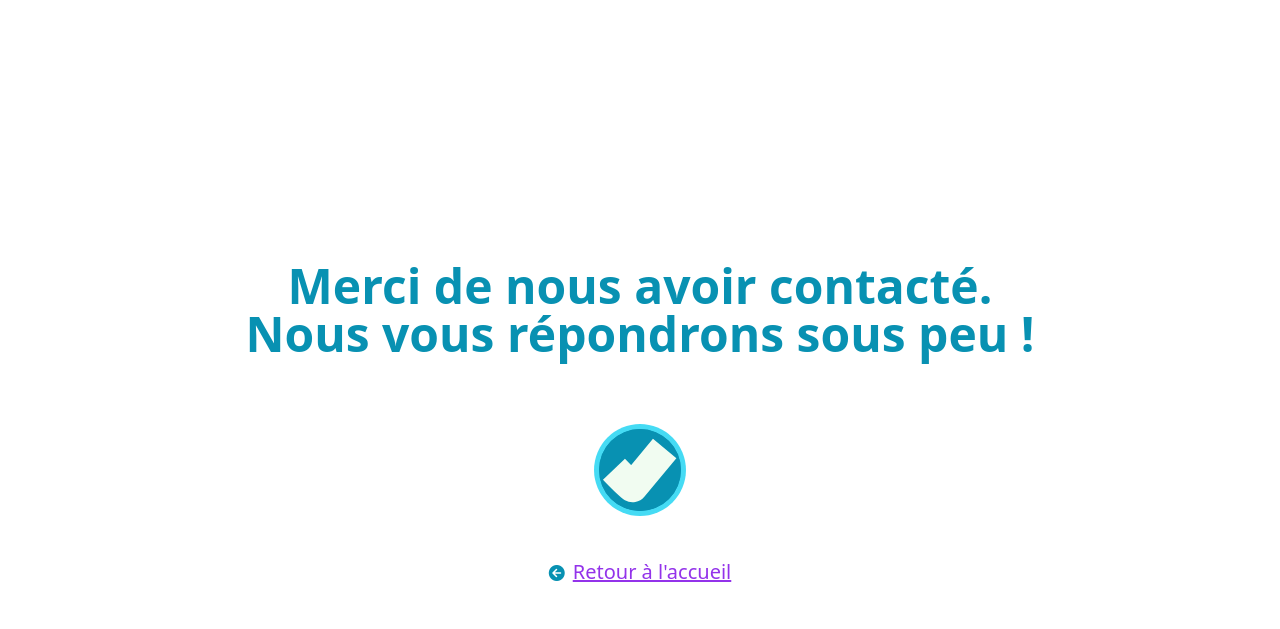
Repository: CarmenFerlatte/TP3__FerlatteCarmen
Page: confirmation.html
An editor plug-in stored every save of this project. The page is shown before and after the next save, followed by the edit.
The browser window is 1280 px wide. The pictures show the whole page.
Some web libraries are served in a nearby version. The style sheet was rebuilt from its Sass, Less or Tailwind sources for each picture, by a compiler version that may differ from the author's.

Above is the page before, as saved 2024-08-29 13:39:35.

### confirmation.html
<!DOCTYPE html>
<html lang="en">
<head>
    <meta charset="UTF-8">
    <meta name="viewport" content="width=device-width, initial-scale=1.0">
    <title>Confirmation</title>
    <script src="https://cdn.tailwindcss.com"></script>
    <link href="https://cdn.jsdelivr.net/npm/tailwindcss@2.2.19/dist/tailwind.min.css" rel="stylesheet">
    <link rel="stylesheet" href="https://cdnjs.cloudflare.com/ajax/libs/font-awesome/6.4.0/css/all.min.css">
    <link rel="stylesheet" href="style/css/style.css">
    <link rel="manifest" href="manifest.json">
    <link rel="icon" href="favicon.ico" type="image/x-icon">
    <meta name="description" content="Carmen Ferlatte, web designer et étudiante en développement web front-end. Présentation de mon portefolio et services de Webmestre.">
    <meta name="apple-mobile-web-app-capable" content="yes" >
    <meta name="apple-mobile-web-app-status-bar-style" content="black" >
    <meta name="apple-mobile-web-app-title" content="Portefolio" >
    <meta name="theme-color" content="black">
    <link rel="apple-touch-icon" href="img/icons/icon-192x192.png">
    <script src="https://code.jquery.com/jquery-3.6.0.min.js"></script>
</head>
<body>
    <main>
        <section class="flex max-w-screen-2x h-screen items-center justify-center">
            <div class="container">
                <div class="col-12 text-center">
                    <h1 class="text-center text-3xl lg:text-4xl xl:text-5xl font-bold pt-32 pb-4 md:pb-16 text-cyan-600">Merci de nous avoir contacté.<br> Nous vous répondrons sous peu !</h1>
                    <div class="flex justify-center">
                        <img class="w-24 mb-10" src="img/icons/confirmation.svg" alt="Illustration de confirmation">
                    </div>
                    <i class="fa fa-arrow-circle-left pr-2 style-cyan" aria-hidden="true"></i><a class="cursor-pointer text-xl text-purple-600 underline hover:no-underline hover:text-pink-500" href="index.html" title="Retour à la page d'accueil">Retour à l'accueil</a>
                </div>
            </div>
    </main>
</body>
</html>

### style/sass/style.scss
@use "navbar" as *;
@use "caroussel" as *;
@use "animate" as *;
@use "option" as *;
@use "calendrier" as *;
@use "base" as *;

### style/sass/_navbar.scss
@keyframes neon-pulse {
    0%, 100% {
        text-shadow: 0 0 5px #fff, 0 0 10px #fff, 0 0 15px #fff, 0 0 20px #0891b2, 0 0 35px #0891b2, 0 0 40px #0891b2, 0 0 50px #0891b2, 0 0 75px #0891b2;
    }
    50% {
        text-shadow: 0 0 2px #fff, 0 0 5px #fff, 0 0 7px #fff, 0 0 10px #0891b2, 0 0 17px #0891b2, 0 0 20px #0891b2, 0 0 25px #0891b2, 0 0 37px #0891b2;
    }
}

.neon-text {
    animation: neon-pulse 1.5s infinite alternate;
}

.bg-animated {
    background: linear-gradient(-45deg, #000000, #1a1a1a, #000033, #003366);
    background-size: 400% 400%;
    animation: gradient 15s ease infinite;
}

@keyframes gradient {
    0% { background-position: 0% 50%; }
    50% { background-position: 100% 50%; }
    100% { background-position: 0% 50%; }
}

.cyber-grid {
    background-image:
        linear-gradient(rgba(0, 255, 255, 0.1) 1px, transparent 1px),
        linear-gradient(90deg, rgba(0, 255, 255, 0.1) 1px, transparent 1px);
    background-size: 20px 20px;
    animation: cyber-grid-move 20s linear infinite;
}

@keyframes cyber-grid-move {
    0% { background-position: 0 0; }
    100% { background-position: 20px 20px; }
}



.nav-link {
    position: relative;
    overflow: hidden;

        &::before {
            content: '';
            position: absolute;
            bottom: 0;
            left: 0;
            width: 100%;
            height: 2px;
            background-color: #0891b2;
            transform: translateX(-100%);
            transition: transform 0.3s ease;
        }

       &:hover::before {
            transform: translateX(0);
        }

        &::after {
            content: attr(data-text);
            position: absolute;
            top: 0;
            left: 0;
            width: 100%;
            height: 100%;
            display: flex;
            align-items: center;
            justify-content: center;
            transform: translateY(100%);
            background: linear-gradient(to bottom, #0891b2, rgb(103, 232, 249));
            -webkit-background-clip: text;
            background-clip: text;
            -webkit-text-fill-color: transparent;
            transition: transform 0.3s ease;
        }

        &:hover::after {
            transform: translateY(0);
        }
}


.glitch-effect {
    position: relative;

    &::before,
    &::after {
        content: attr(data-text);
        position: absolute;
        top: 0;
        left: 0;
        width: 100%;
        height: 100%;
        opacity: 0.8;
    }

    &::before {
        left: 2px;
        text-shadow: -2px 0 rgb(236, 72, 153);
        clip: rect(24px, 550px, 90px, 0);
        animation: glitch-anim 3s infinite linear alternate-reverse;
    }

    &::after {
        left: -2px;
        text-shadow: -2px 0 #0891b2;
        clip: rect(85px, 550px, 140px, 0);
        animation: glitch-anim 2s infinite linear alternate-reverse;
    }

}



@keyframes glitch-anim {
    0% { clip: rect(39px, 9999px, 71px, 0); }
    20% { clip: rect(3px, 9999px, 5px, 0); }
    40% { clip: rect(6px, 9999px, 38px, 0); }
    60% { clip: rect(13px, 9999px, 43px, 0); }
    80% { clip: rect(44px, 9999px, 93px, 0); }
    100% { clip: rect(54px, 9999px, 47px, 0); }
}

#menu-toggle {
    &:checked {
        ~ .menu {
            display: block;
        }

        ~ .menu-icon {
            .hamburger {
                transform: rotate(45deg);

                &::before {
                    transform: translateY(8px) rotate(90deg);
                }

                &::after {
                    transform: translateY(-8px) rotate(90deg);
                }
            }
        }
    }
}

.hamburger,
.hamburger::before,
.hamburger::after {
    content: '';
    display: block;
    background: #0891b2;
    height: 3px;
    width: 30px;
    transition: transform 0.5s cubic-bezier(0.23, 1, 0.32, 1);
}

.hamburger {
    &::before {
        transform: translateY(-8px);
    }

    &::after {
        transform: translateY(8px);
    }
}

@media (max-width: 768px) {
    .menu {
        position: fixed;
        top: 60px;
        left: 0;
        right: 0;
        width: 100%;
        height: 0;
        background: rgba(0, 0, 0, 0.9);
        overflow: hidden;
        transition: height 0.5s cubic-bezier(0.23, 1, 0.32, 1);
        text-align: right;
        padding-right: 20px;
        padding-top: 20px;

        a {
            display: block;
            font-size: 1.2rem;
            padding: 10px 0;
            text-decoration: underline 2px #0891b2;

            &:hover {
                color: #0891b2;
                text-decoration: none;
                cursor: pointer;
            }
        }
    }

    #menu-toggle:checked ~ .menu {
        height: calc(100vh - 60px);
    }
}

@media (max-width: 640px) {
    .no-glitch {
        animation: none !important;
    }
}

/*-------------Invisible Navbar-------------*/

.navbar-hidden {
    transform: translateY(-100%);
    transition: transform 0.3s ease-in-out;
}

### style/sass/_caroussel.scss
.carousel-control {
    position: absolute;
    top: 0;
    z-index: 30;
    display: flex;
    align-items: center;
    justify-content: center;
    height: 100%;
    padding: 0 1rem;
    cursor: pointer;
    outline: none;

    &-prev {
    left: 0;
    }

    &-next {
    right: 0;
    }

    span {
    display: inline-flex;
    align-items: center;
    justify-content: center;
    width: 2.5rem;
    height: 2.5rem;
    border-radius: 50%;
    background-color: rgba(0, 0, 0, 0.3);
    transition: background-color 0.3s;

        &:hover {
        background-color: rgba(0, 0, 0, 0.5);
        }

        svg {
        width: 1rem;
        height: 1rem;
        color: white;
        }

        .sr-only {
        position: absolute;
        width: 1px;
        height: 1px;
        padding: 0;
        margin: -1px;
        overflow: hidden;
        clip: rect(0, 0, 0, 0);
        border: 0;
        }

    }
}

### style/sass/_animate.scss
@keyframes slide-in-right {
  0% {
    transform: translateX(100%);
    opacity: 0;
  }
  100% {
    transform: translateX(0);
    opacity: 1;
  }
}

.animate-slide-in-right {
  animation: slide-in-right 0.5s ease-out forwards;
}

### style/sass/_option.scss
/*---------- Menu sélectionné ----------*/

.custom-select option:hover {
    background-color: #0891b2;
}

### style/sass/_calendrier.scss

.calendar-iframe {
  border: 0;
  width: 100%;
  height: 650px;

}

### style/sass/_base.scss
/*------------Style-------------*/

.style-cyan {
  color: #0891b2;

  &:hover {
    color: rgb(236, 72, 153);
  }
}

After the next save:
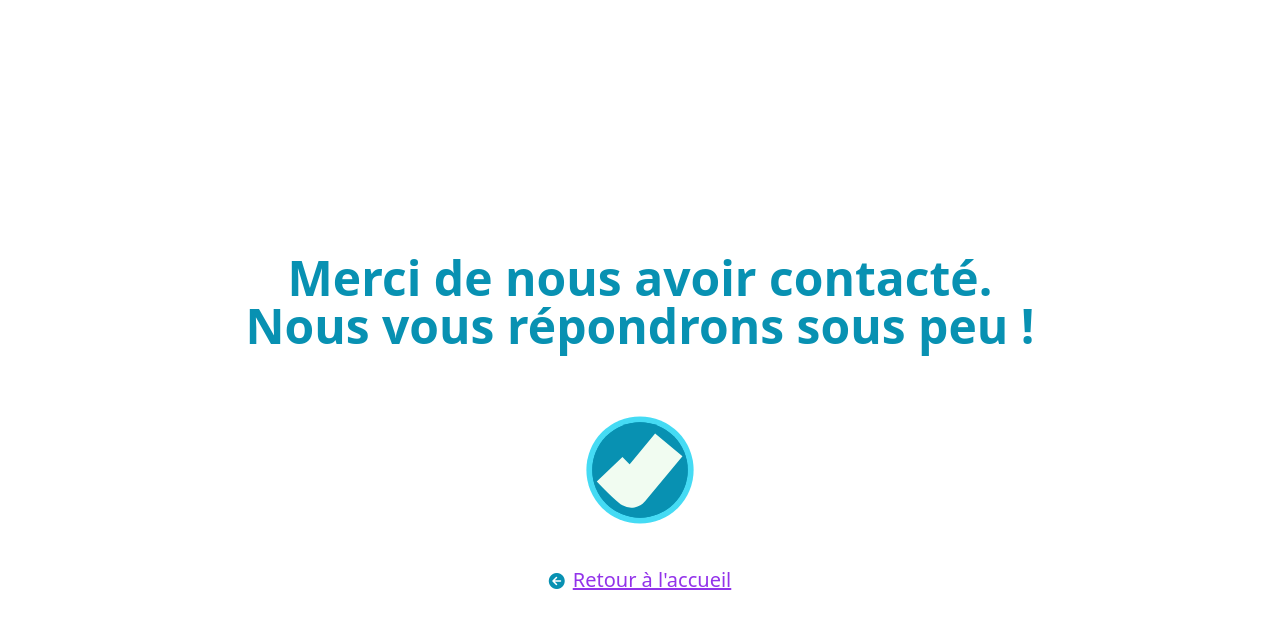
Saved 5 s later.
--- a/confirmation.html
+++ b/confirmation.html
@@ -25,7 +25,7 @@
                 <div class="col-12 text-center">
                     <h1 class="text-center text-3xl lg:text-4xl xl:text-5xl font-bold pt-32 pb-4 md:pb-16 text-cyan-600">Merci de nous avoir contacté.<br> Nous vous répondrons sous peu !</h1>
                     <div class="flex justify-center">
-                        <img class="w-24 mb-10" src="img/icons/confirmation.svg" alt="Illustration de confirmation">
+                        <img class="w-28 mb-10" src="img/icons/confirmation.svg" alt="Illustration de confirmation">
                     </div>
                     <i class="fa fa-arrow-circle-left pr-2 style-cyan" aria-hidden="true"></i><a class="cursor-pointer text-xl text-purple-600 underline hover:no-underline hover:text-pink-500" href="index.html" title="Retour à la page d'accueil">Retour à l'accueil</a>
                 </div>
